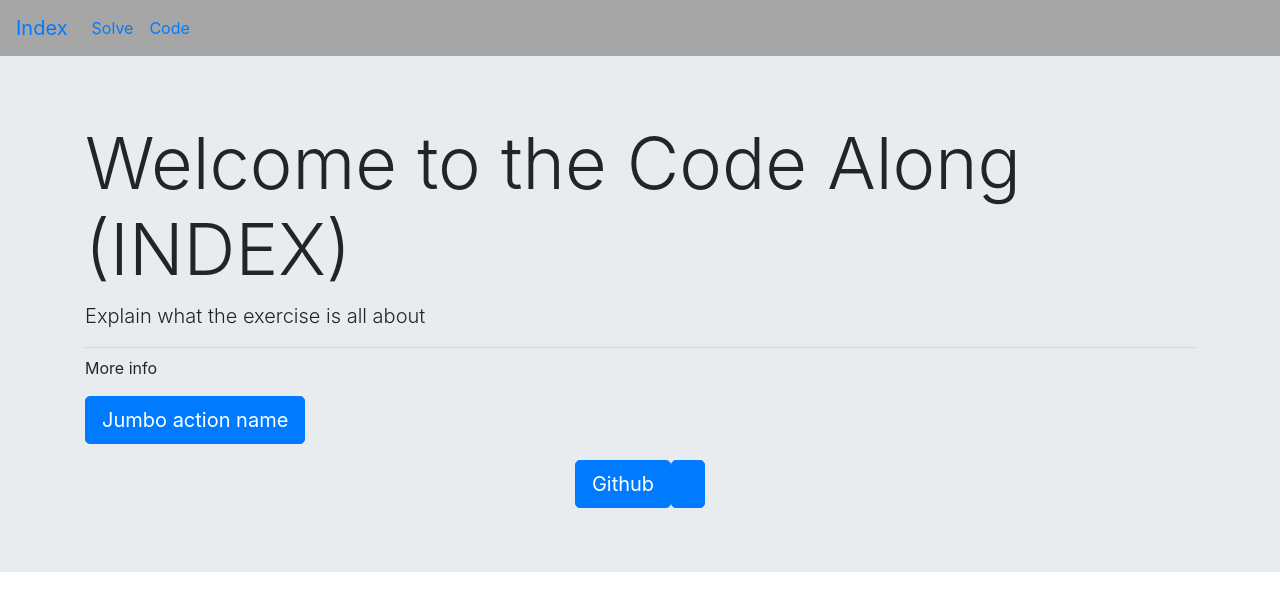
Repository: zhadjah9559/TacocatGrammar
Page: index.html
These files come from the project's save history. The page is drawn as it stood at one moment and after a run of saves; the edit follows.
The browser window is 1280 px wide. The pictures show the whole page.

Above is the page before, as saved 2021-01-12 01:15:58.

### index.html
<!doctype html>
<html lang="en">
  <head>
    <title>Index</title>
    <!-- Required meta tags -->
    <meta charset="utf-8">
    <meta name="viewport" content="width=device-width, initial-scale=1, shrink-to-fit=no">

    <!-- Bootstrap CSS -->
    <link rel="stylesheet" href="https://stackpath.bootstrapcdn.com/bootstrap/4.3.1/css/bootstrap.min.css" integrity="sha384-ggOyR0iXCbMQv3Xipma34MD+dH/1fQ784/j6cY/iJTQUOhcWr7x9JvoRxT2MZw1T" crossorigin="anonymous">
  </head>
  <body>

    <nav class="navbar navbar-expand-sm" style="background-color: #A6A6A6;">
        <a class="navbar-brand" href="#">Index</a>
        <button class="navbar-toggler d-lg-none" type="button" data-toggle="collapse" data-target="#collapsibleNavId" aria-controls="collapsibleNavId"
            aria-expanded="false" aria-label="Toggle navigation"></button>
        <div class="collapse navbar-collapse" id="collapsibleNavId">
            <ul class="navbar-nav mr-auto mt-2 mt-lg-0">
                <li class="nav-item active">
                    <a class="nav-link" href="solve.html">Solve<span class="sr-only">(current)</span></a>
                </li>
                <li class="nav-item">
                    <a class="nav-link" href="code.html">Code</a>
                </li>
            </ul>
        </div>
    </nav>


    <div class="jumbotron jumbotron-fluid">
        <div class="container">
            <h1 class="display-3">Welcome to the Code Along (INDEX)</h1>
            <p class="lead">Explain what the exercise is all about</p>
            <hr class="my-2">
            <p>More info</p>
            <p class="lead">
                <a class="btn btn-primary btn-lg" href="Jumbo action link" role="button">Jumbo action name</a>
            </p>

            <div class="row justify-content-center">
                <a class="btn btn-primary btn-lg" target="_blank" href="https://github.com/zhadjah9559" role="button">Github</a>
                <a class="btn btn-primary btn-lg" target="_blank" href="https://git.com/zhadjah9559" role="button"></a>
            </div>
        </div>
        </div>


    </div>



    <!-- Optional JavaScript -->
    <!-- jQuery first, then Popper.js, then Bootstrap JS -->
    <script src="https://code.jquery.com/jquery-3.3.1.slim.min.js" integrity="sha384-q8i/X+965DzO0rT7abK41JStQIAqVgRVzpbzo5smXKp4YfRvH+8abtTE1Pi6jizo" crossorigin="anonymous"></script>
    <script src="https://cdnjs.cloudflare.com/ajax/libs/popper.js/1.14.7/umd/popper.min.js" integrity="sha384-UO2eT0CpHqdSJQ6hJty5KVphtPhzWj9WO1clHTMGa3JDZwrnQq4sF86dIHNDz0W1" crossorigin="anonymous"></script>
    <script src="https://stackpath.bootstrapcdn.com/bootstrap/4.3.1/js/bootstrap.min.js" integrity="sha384-JjSmVgyd0p3pXB1rRibZUAYoIIy6OrQ6VrjIEaFf/nJGzIxFDsf4x0xIM+B07jRM" crossorigin="anonymous"></script>
  </body>
</html>

After the next 2 saves:
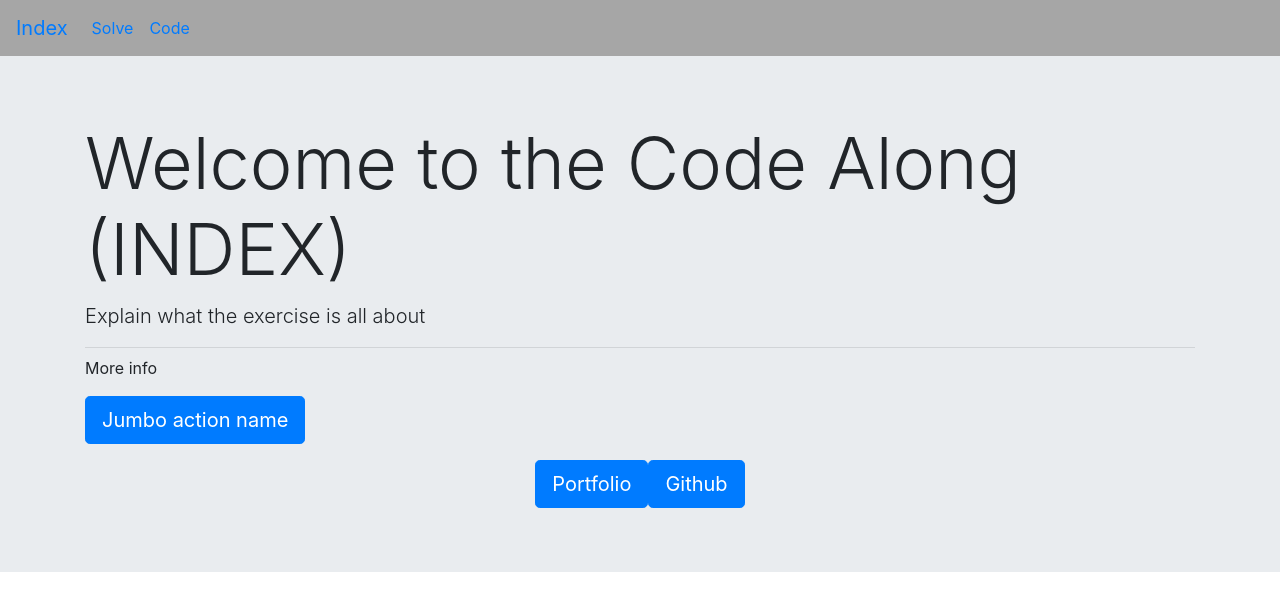
The 2 saves are shown as one change because they came seconds apart.
The last was saved 9 s later.
--- a/index.html
+++ b/index.html
@@ -39,8 +39,8 @@
             </p>
 
             <div class="row justify-content-center">
-                <a class="btn btn-primary btn-lg" target="_blank" href="https://github.com/zhadjah9559" role="button">Github</a>
-                <a class="btn btn-primary btn-lg" target="_blank" href="https://git.com/zhadjah9559" role="button"></a>
+                <a class="btn btn-primary btn-lg" target="_blank" href="https://github.com/zhadjah9559" role="button">Portfolio</a>
+                <a class="btn btn-primary btn-lg" target="_blank" href="https://git.com/zhadjah9559" role="button">Github</a>
             </div>
         </div>
         </div>
